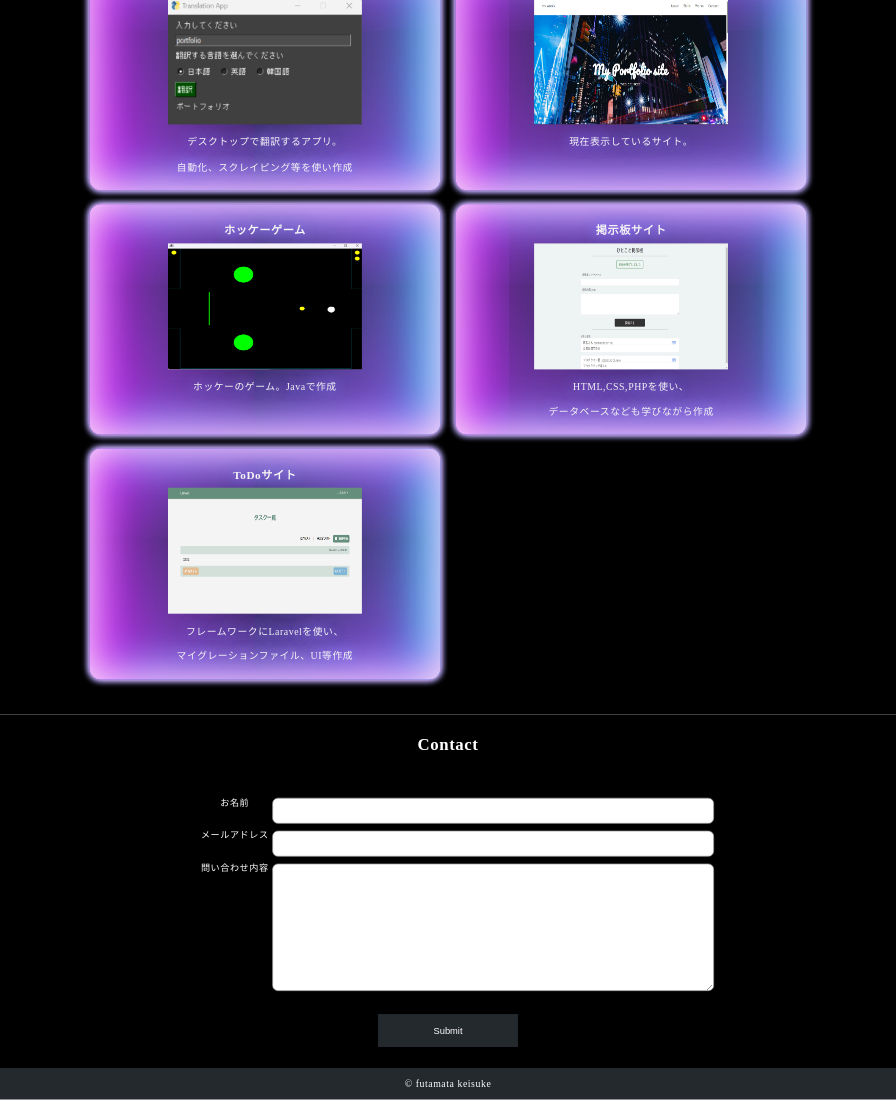
Repository: F-ksk/portfolio
Page: index.html
These files come from the project's save history. The page is drawn as it stood at one moment and after the next save; the edit follows.
The browser window is 1280 px wide. The pictures show the part of the page from y = 2134 to 4054 px (the page is 3705 px tall before and 4054 px after), at 70% of full size.

Above is the page before, as saved 2023-12-02 22:52:24.

### index.html
<!DOCTYPE html>
<html>
    <head>
        <meta charset="UTF-8" />
        <meta http-equiv="X-UA-Compatible" content="IE=edge" />
        <meta name="viewport" content="width=device-width, initial-scale=1.0" />
        <meta name="robots" content="noindex" />
        <title>FK Portfolio</title>
        <link rel="stylesheet" href="css/reset.css" />
        <link rel="stylesheet" href="css/style.css" />
    </head>
    <body>

        <header>
            <a href="index.html">FK works</a>
            <nav>
                <ul>
                    <li><a href="#about">About</a></li>
                    <li><a href="#skills">Skills</a></li>
                    <li><a href="#works">Works</a></li>
                    <li><a href="#contact">Contact</a></li>
                </ul>
            </nav>
        </header>

        <div class="main-visual">
            <div>
                <h1>My Portfolio site</h1>
            </div>
        </div>

        <section id="about">
            <h2>About</h2>
            <div id="about-name">
                <h3>二俣 圭介</h3>
                <p>futamata keisuke</p>
            </div>
            <div id="about-detail">
                <p>
                    国立大学法人福井大学・工学部・電気電子情報工学科・情報工学コース在学中。<br>
                    大学でプログラミングを学び、プログラミングスキルを向上させるため、日々、勉強しています。
                    C,Python,Java,HTML,CSS,PHP,Javascript,SQL,Rの知識とプログラミング経験があります。<br>
                </p>
                <img src="./img/man.jpg">
            </div>
        </section>
        <section id="skills">
            <h2>Skills</h2>
            <div class="skill-list">
                <div class="skill-item">
                    <h3>C</h3>
                    <p>大学で基本から、構造体、高水準入出力関数、低水準入出力関数などを学び、ライブラリ作成、画像処理、ネットワーク通信、アルゴリズム(greedy algorithm, Horspool法, Dynamic programming, Branch and Bound approch, ...)の実装など、幅広く経験。</p>
                </div>
                <div class="skill-item">
                    <h3>Python</h3>
                    <p>大学で基本的な知識を学び、自ら参考書などで自動化、スクレイピングを学習。webブラウザの自動化とスクレイピングを利用して、google翻訳サイトに入力、結果を抽出し、出力するデスクトップアプリを作成。</p>
                </div>
                <div class="skill-item">
                    <h3>Java</h3>
                    <p>大学で基本的な知識を学び、講義内で自分が考えた簡単なゲームを開発。</p>
                </div>
                <div class="skill-item">
                    <h3>Javascript</h3>
                    <p>プログラマーのアルバイトで主に使用し、ウェブサイトの機能追加等を行った。</p>
                </div>
                <div class="skill-item">
                    <h3>PHP</h3>
                    <p>大学の講義では習わないため、学習サイト等で学んだ。学習サイトを参考に、掲示板サイトやToDoサイトを作成。</p>
                </div>
                <div class="skill-item">
                    <h3>HTML / CSS</h3>
                    <p>大学の講義では習わないため、学習サイト等で学び、ポートフォリオを作成。</p>
                </div>
                <div class="skill-item">
                    <h3>GAS</h3>
                    <p>GASを用いて、簡単なデータ処理、分析、可視化を学習。</p>
                </div>
                <div class="skill-item">
                    <h3>SQL</h3>
                    <p>大学の講義、およびYoutube等で学習を行い、簡単なSQL文が書ける。</p>
                </div>
                <div class="skill-item">
                    <h3>R</h3>
                    <p>データサイエンスを学び、モデルの評価、データ分析、データの加工を行える。</p>
                </div>
            </div>
        </section>
        <section id="works">
            <h2>Works</h2>
            <div class="work-item">
                <div class="work-description">
                    <h3>翻訳アプリ</h3>
                    <img src="./img/portfolio.jpg">
                    <p>デスクトップで翻訳するアプリ。</p>
                    <p>自動化、スクレイピング等を使い作成</p>
                </div>

                <div class="work-description">
                    <h3>ポートフォリオサイト</h3>
                    <img src="./img/portfolio(2).png">
                    <p>現在表示しているサイト。</p>
                </div>

                <div class="work-description">
                    <h3>ホッケーゲーム</h3>
                    <img src="./img/hokey.png">
                    <p>ホッケーのゲーム。Javaで作成</p>
                </div>

                <div class="work-description">
                    <h3>掲示板サイト</h3>
                    <img src="./img/掲示板.png">
                    <p>HTML,CSS,PHPを使い、</p>
                    <p>データベースなども学びながら作成</p>
                </div>

                <div class="work-description">
                    <h3>ToDoサイト</h3>
                    <img src="./img/todo.png">
                    <p>フレームワークにLaravelを使い、</p>
                    <p>マイグレーションファイル、UI等作成</p>
                </div>

            </div>
        </section>
        <section id="contact">
            <h2>Contact</h2>
            <div class="contact-form">
                <!--<iframe src="https://docs.google.com/forms/d/e/1FAIpQLSfhIRxsClYk-LjjOeqSs9rPikyz6iXAlGFSL5PuYS38eefG3A/viewform?embedded=true" width="640" height="682" frameborder="0" marginheight="0" marginwidth="0">読み込んでいます…</iframe> -->

                <form action="https://docs.google.com/forms/u/0/d/e/1FAIpQLSfhIRxsClYk-LjjOeqSs9rPikyz6iXAlGFSL5PuYS38eefG3A/formResponse" target="_self" method="POST" id="mG61Hd">
                    <dl>
                        <dt>お名前</dt>
                        <dd><input name="entry.{1209985459}" type="text" required="required" id="textfield" class="g_form"></dd>
                        <dt>メールアドレス</dt>
                        <dd><input name="entry.{1499214278}" type="text" class="g_form" id="textfield2"></dd>
                        <dt>問い合わせ内容</dt>
                        <dd><textarea name="entry.{1422841443}" required class="g_form_text" id="entry.{1422841443}"></textarea></dd>
                      </dl>
                      <div class="button"><input type="submit" class="btbt"></div>
                </form>

            </div>
        </section>
        <footer>
            <p>&copy; futamata keisuke</p>
        </footer>
    </body>
</html>

### css/style.css
@charset "UTF-8";
@import url('https://fonts.googleapis.com/css2?family=Roboto:wght@100;300;400;500;700;900&display=swap');
@import url('https://fonts.googleapis.com/css2?family=Noto+Sans+JP:wght@300;400;500;700;900&display=swap');
@import url('https://fonts.googleapis.com/css2?family=Pacifico&display=swap');

html {
  font-size: 100%;
}

body {
    color: #24292e;
    letter-spacing: 0.05em;
}

a,a:visited {
    color: #24292e;
    text-decoration: none;
}

img {
    max-width: 100%;
}

li {
    list-style: none;
}

p {
    line-height: 1.8;
    font-size: 14px;
}

h1 {
    font-size: 60px;
    font-family: 'Pacifico';
}

h2 {
    font-size: 1.5rem;
    text-align: center;
    margin-bottom: 65px;
}

h3 {
    font-size: 16px;
}

header {
    max-width: 100%;
    background-color: #fff;
    display: flex;
    justify-content: space-between;
    height: 80px;
    padding: 0 4%;
    align-items: center;
    position: sticky;
    top: 0;
}

header ul {
    display: flex;
}

header li {
    margin-left: 30px;
}

.main-visual {
    width: 100%;
    height: 550px;
    background-image: url(../img/town.jpg);
    background-size: cover;
    color: #FFF;
    text-align: center;
    display: flex;
    justify-content: center;
    align-items: center;
}

.main-visual p {
    margin-top: 20px;
    font-size: 18px;
}

#about{
    background-color: black;
    color: #fff;
    text-shadow:
    0 0 20px #fff,
    0 0 20px #ff0
}

#about-name{
    display: flex;
    justify-content: flex-start;
    align-items: center;
}

#about h2 {
    margin-top: 40px;
}

#about h3 {
    margin-right: 10px;
}

#about p {
    width: 80%;
}

#about-detail {
    margin-top: 30px;
    display: flex;
    justify-content: space-between;
}

#about img {
    width: 100px;
    height: 100px;
    border-radius: 50%;
    object-fit: cover;
    border-style: solid;
    border-width: 1px;
}

section {
    padding: 30px 10%;
}

#skills {
    background-color: black;
    color: white;
    text-shadow:
    0 0 20px #0ff,
    0 0 20px #ff0;
}

#skills h3 {
    color: #fff;
    margin-bottom: 10px;
}

.skill-list {
    display: flex;
    justify-content: space-between;
    flex-wrap: wrap;
}

.skill-item {
    width: 48%;
    border-radius: 16px;
    margin-bottom: 20px;
    padding: 30px;
    box-sizing: border-box;
    transition: box-shadow 0.5s ease;
    color: white;
    box-shadow:
    inset 0 0 60px whitesmoke,
    inset 20px 0 80px #0ff,
    inset -20px 0 80px #ff0,
    inset 20px 0 300px #0ff,
    inset -20px 0 300px #0ff,
    0 0 10px #fff,
    0px 0 10px #0ff,
    0px 0 10px #ff0;
}

.skill-item:hover{
    box-shadow:
    inset 0 0 60px whitesmoke,
    inset 20px 0 80px #0ff,
    inset -20px 0 80px #ff0,
    inset 20px 0 300px #0ff,
    inset -20px 0 300px #0ff,
    0 0 50px #fff,
    -10px 0 80px #0ff,
    10px 0 80px #ff0;
}

.skill-item p {
    text-shadow:
    0 0 20px #000;
}

.work-item {
    display: flex;
    justify-content: space-between;
    flex-wrap: wrap;
}

#works{
    background-color: black;
    color: whitesmoke;
    text-shadow:
    0 0 20px #f0f,
    0 0 20px #0ff;
}

#works img {
    width: 60%;
    height: 180px;
}

.work-description {
    padding: 20px;
    border-radius: 16px;
    margin-bottom: 20px;
    width: 45%;
    text-align: center;
    transition: box-shadow 0.5s ease;
    box-shadow:
    inset 0 0 60px whitesmoke,
    inset 20px 0 80px #f0f,
    inset -20px 0 80px #0ff,
    inset 20px 0 300px #f0f,
    inset -20px 0 300px #0ff,
    0 0 10px #fff,
    0px 0 10px #f0f,
    0px 0 10px #0ff;
}

.work-description:hover{
    box-shadow:
    inset 0 0 60px whitesmoke,
    inset 20px 0 80px #f0f,
    inset -20px 0 80px #0ff,
    inset 20px 0 300px #f0f,
    inset -20px 0 300px #0ff,
    0 0 50px #fff,
    -10px 0 80px #f0f,
    10px 0 80px #0ff;
}

.work-description p {
    margin-top: 10px;
}

.work-description h3 {
    margin-top: 10px;
    margin-bottom: 10px;
}

#contact {
    background-color: black;
    color: white;
    text-align: center;
}

#contact form {
    width: 70%;
    margin: 0 auto;
}

#contact dl {
    display: flex;
    flex-wrap: wrap;
    margin-bottom: 20px;
}

#contact dt {
    width: 15%;
    font-size: 13px;
}

#contact dd {
    width: 85%;
    margin-bottom: 10px;
}

#contact dd input,
#contact dd textarea {
    width: 100%;
    border: solid 1px #999999;
    padding: 10px;
    background-color: #fff;
    border-radius: 8px;
}

#contact dd textarea {
    height: 10rem;
}

#contact .button {
    text-align: center;
}

#contact .button input {
    width: 200px;
    background-color: #24292e;
    color: #fff;
    padding: 15px 0;
    border: solid 1px #24292e;
}

#contact .button input:hover {
    background: #fff;
    color: #24292e;
}

footer {
    background-color: #24292e;
    color: #fff;
    font-size:  0.5rem;
    padding: 10px 20px;
    text-align: center;
}

@media screen and (max-width: 414px) {
	h2 {
        margin-bottom: 30px;
    }

    header {
        max-width: 100%;
        flex-direction: column;
        height: auto;
        padding: auto;
    }

    #about {
        text-align:  center;
    }

    #about h3 {
        margin: 0;
    }

    #about-name {
        flex-direction: column;
        align-items: center;
    }

    #about-detail {
        flex-direction: flex;
        flex-direction: column-reverse;
        align-items: center;
    }

    #about-detail p {
        text-align: left;
        margin-top: 30px;
        width: 100%;
    }

    .skill-item {
        width: 100%;
        box-shadow:
        inset 0 0 60px whitesmoke,
        inset 20px 0 80px #0ff,
        inset -20px 0 80px #ff0,
        inset 20px 0 300px #0ff,
        inset -20px 0 300px #0ff,
        0 0 50px #fff,
        -10px 0 80px #0ff,
        10px 0 80px #ff0;
    }

    .work-item {

        width: 90%;
        flex-direction: column;
    }

    #works img {
        width: 100%;
        height: 120px;
        margin-bottom: 10px;
    }

    .work-description {
        margin-bottom: 30px;
        width: 100%;
        box-shadow:
        inset 0 0 60px whitesmoke,
        inset 20px 0 80px #f0f,
        inset -20px 0 80px #0ff,
        inset 20px 0 300px #f0f,
        inset -20px 0 300px #0ff,
        0 0 50px #fff,
        -10px 0 80px #f0f,
        10px 0 80px #0ff;
    }

    #contact form {
        text-align: center;
    }

    #contact input {
        width: 100%;
    }

    #contact dl{
        flex-direction: column;
        width: 100%;
    }

    #contact dt{
        width: auto;
        margin-bottom: 5px;
    }

    #contact dd{
        width: 90%;
    }
}

Loaded but not shown: css/reset.css (common file)

After the next save:
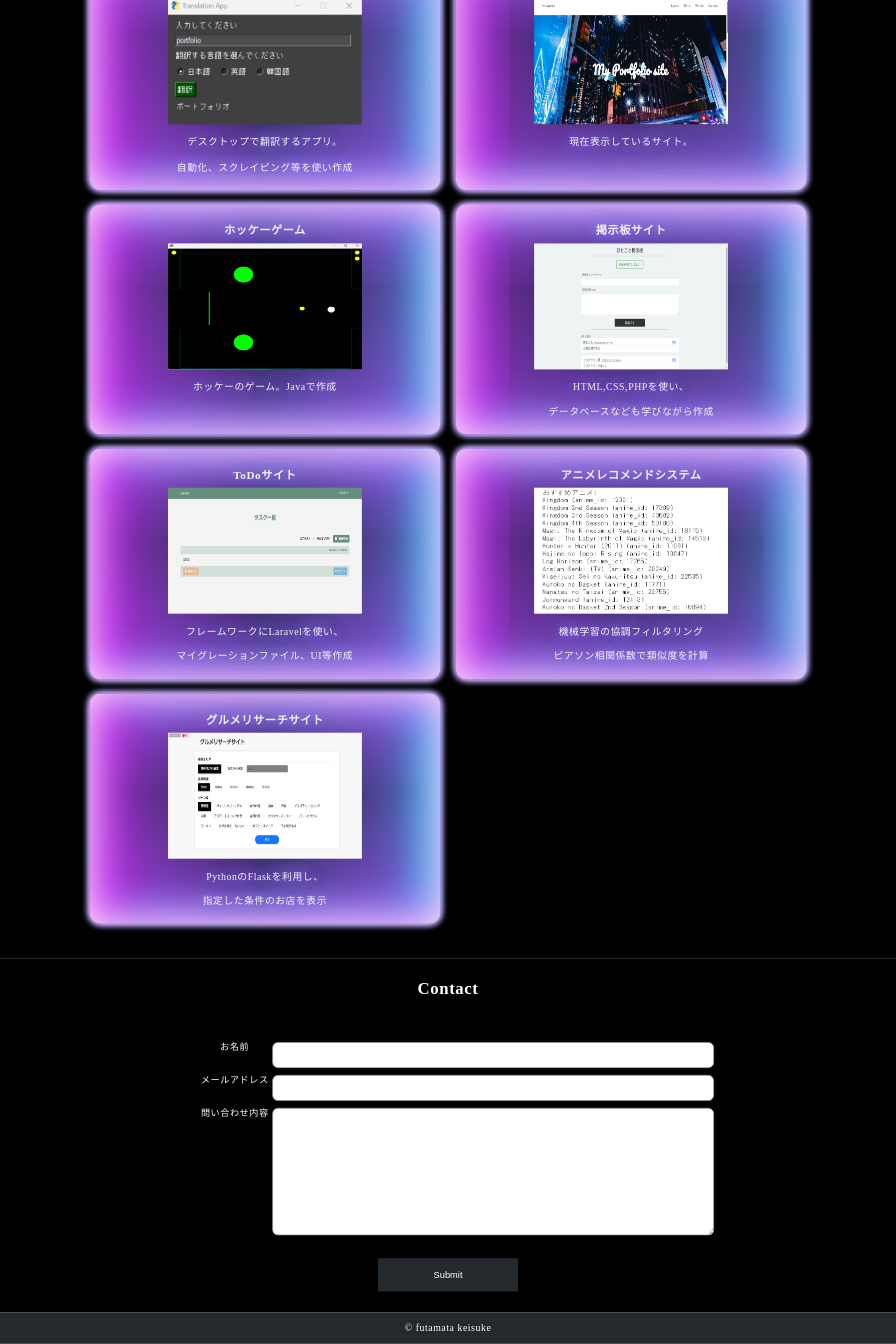
Saved 71 days later.
--- a/index.html
+++ b/index.html
@@ -121,6 +121,21 @@
                     <p>マイグレーションファイル、UI等作成</p>
                 </div>
 
+                <div class="work-description">
+                    <h3>アニメレコメンドシステム</h3>
+                    <img src="./img/キングダムからおすすめ.png">
+                    <p>機械学習の協調フィルタリング</p>
+                    <p>ピアソン相関係数で類似度を計算</p>
+                </div>
+
+                <div class="work-description">
+                    <h3>グルメリサーチサイト</h3>
+                    <img src="./img/グルメリサーチサイト.png">
+                    <p>PythonのFlaskを利用し、</p>
+                    <p>指定した条件のお店を表示</p>
+                </div>
+
+
             </div>
         </section>
         <section id="contact">
